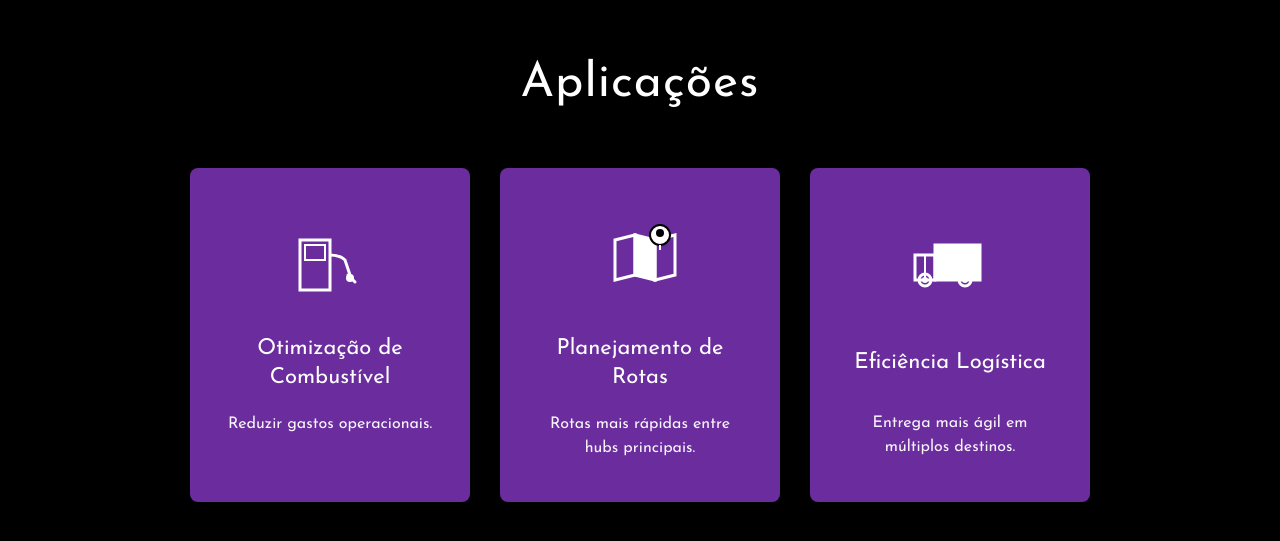
Repository: Everson9/Projeto-de-escalabilidade-quantica-definitivo
Page: Aplicações.html
These files come from the project's save history. The page is drawn as it stood at one moment and after a run of saves; the edit follows.
The browser window is 1280 px wide. The pictures show the whole page.

Above is the page before, as saved 2025-10-03 18:10:31.

### Aplicações.html
<!DOCTYPE html>
<html lang="pt-BR">
<head>
    <meta charset="UTF-8">
    <meta name="viewport" content="width=device-width, initial-scale=1.0">
    <title>Aplicações</title>
    <link rel="stylesheet" href="Aplicações.css">
    <link href="https://fonts.googleapis.com/css2?family=Josefin+Sans:wght@400;700&display=swap" rel="stylesheet">
</head>
<body>


    <!-- Seção de Aplicações -->
    <section class="aplicacoes">
        <h1 class="titulo">Aplicações</h1>

        <div class="cards-container">
            <!-- Card 1: Otimização de Combustível -->
            <div class="card">
                <div class="icon">
                    <svg viewBox="0 0 100 100" xmlns="http://www.w3.org/2000/svg">
                        <!-- Bomba de combustível -->
                        <rect x="20" y="30" width="30" height="50" fill="none" stroke="white" stroke-width="3"/>
                        <rect x="25" y="35" width="20" height="15" fill="none" stroke="white" stroke-width="2"/>
                        <!-- Mangueira -->
                        <path d="M 50 45 Q 60 45 65 50 L 70 65" fill="none" stroke="white" stroke-width="3"/>
                        <circle cx="70" cy="68" r="4" fill="white"/>
                        <!-- Bico -->
                        <path d="M 68 65 L 75 72" stroke="white" stroke-width="3" stroke-linecap="round"/>
                    </svg>
                </div>
                <h2 class="card-titulo">Otimização de Combustível</h2>
                <p class="card-descricao">Reduzir gastos operacionais.</p>
            </div>

            <!-- Card 2: Planejamento de Rotas -->
            <div class="card">
                <div class="icon">
                    <svg viewBox="0 0 100 100" xmlns="http://www.w3.org/2000/svg">
                        <!-- Mapa dobrado -->
                        <path d="M 25 30 L 25 70 L 45 65 L 45 25 Z" fill="none" stroke="white" stroke-width="3" stroke-linejoin="miter"/>
                        <path d="M 45 25 L 45 65 L 65 70 L 65 30 Z" fill="white" stroke="white" stroke-width="3" stroke-linejoin="miter"/>
                        <path d="M 65 30 L 65 70 L 85 65 L 85 25 Z" fill="none" stroke="white" stroke-width="3" stroke-linejoin="miter"/>
                        <!-- Pin de localização -->
                        <circle cx="70" cy="25" r="10" fill="white" stroke="black" stroke-width="2"/>
                        <circle cx="70" cy="23" r="4" fill="black"/>
                        <path d="M 70 35 L 70 40" stroke="white" stroke-width="2" fill="white"/>
                    </svg>
                </div>
                <h2 class="card-titulo">Planejamento de Rotas</h2>
                <p class="card-descricao">Rotas mais rápidas entre hubs principais.</p>
            </div>

            <!-- Card 3: Eficiência Logística -->
            <div class="card">
                <div class="icon">
                    <svg viewBox="0 0 100 100" xmlns="http://www.w3.org/2000/svg">
                        <!-- Caminhão -->
                        <!-- Cabine -->
                        <rect x="15" y="45" width="20" height="25" fill="none" stroke="white" stroke-width="3"/>
                        <line x1="25" y1="45" x2="25" y2="70" stroke="white" stroke-width="2"/>
                        <!-- Carroceria -->
                        <rect x="35" y="35" width="45" height="35" fill="white" stroke="white" stroke-width="3"/>
                        <!-- Rodas -->
                        <circle cx="25" cy="70" r="6" fill="none" stroke="white" stroke-width="3"/>
                        <circle cx="25" cy="70" r="3" fill="white"/>
                        <circle cx="65" cy="70" r="6" fill="none" stroke="white" stroke-width="3"/>
                        <circle cx="65" cy="70" r="3" fill="white"/>
                    </svg>
                </div>
                <h2 class="card-titulo">Eficiência Logística</h2>
                <p class="card-descricao">Entrega mais ágil em múltiplos destinos.</p>
            </div>
        </div>
    </section>

</body>
</html>

### Aplicações.css
* {
    margin: 0;
    padding: 0;
    box-sizing: border-box;
}

body {
    background-color: #000000;
    font-family: 'Josefin Sans', sans-serif;
    color: white;
    padding: 60px 20px;
}


.header {
    display: flex;
    justify-content: space-between;
    align-items: center;
    padding: 20px 40px;
    background: rgba(0, 0, 0, 0.034);
    width: 100%;
    position: absolute;
    top: 0;
    left: 0;
    z-index: 1001; /* Garante que o header fique acima do botão de voltar */
}

.logo-animado {
    position: relative;
    display: inline-flex;
    align-items: center;
    text-decoration: none;
    color: white;
    transition: all 0.4s ease-out;
}
.logo-animado .logo-icone {
    height: 40px;
    width: auto;
    transition: transform 0.4s ease-out;
}
.logo-animado .logo-texto {
    font-size: 27px;
    opacity: 0;
    white-space: nowrap;
    transform: translateY(15px);
    transition: opacity 0.3s ease-out, transform 0.4s ease-out;
}
.logo-animado:hover .logo-icone {
    transform: translateX(100px) translateY(-19px) scale(0.5);
}
.logo-animado:hover .logo-texto {
    opacity: 1;
    transform: translateY(0);
    margin-left: 5px;
}


.aplicacoes {
    max-width: 1200px;
    margin: 0 auto;
}

.titulo {
    text-align: center;
    font-size: 48px;
    font-weight: 300;
    margin-bottom: 60px;
    letter-spacing: 1px;
}

.cards-container {
    display: flex;
    justify-content: center;
    align-items: stretch;
    gap: 30px;
    flex-wrap: wrap;
}

.card {
    background-color: #6b2d9e;
    width: 280px;
    padding: 40px 30px;
    border-radius: 8px;
    display: flex;
    flex-direction: column;
    align-items: center;
    text-align: center;
    cursor: pointer;
    transition: all 0.4s ease;
    border: 2px solid transparent;
}

.card:hover {
    background-color: transparent;
    border: 2px solid #6b2d9e;
}

.icon {
    width: 100px;
    height: 100px;
    margin-bottom: 25px;
}

.icon svg {
    width: 100%;
    height: 100%;
}

.card-titulo {
    font-size: 22px;
    font-weight: 400;
    margin-bottom: 20px;
    line-height: 1.3;
    min-height: 56px;
    display: flex;
    align-items: center;
    justify-content: center;
}

.card-descricao {
    font-size: 16px;
    font-weight: 300;
    line-height: 1.5;
    opacity: 0.95;
}

/* Responsividade */
@media (max-width: 768px) {
    .cards-container {
        flex-direction: column;
        align-items: center;
    }

    .card {
        width: 100%;
        max-width: 350px;
    }

    .titulo {
        font-size: 36px;
    }
}

After the next 2 saves:
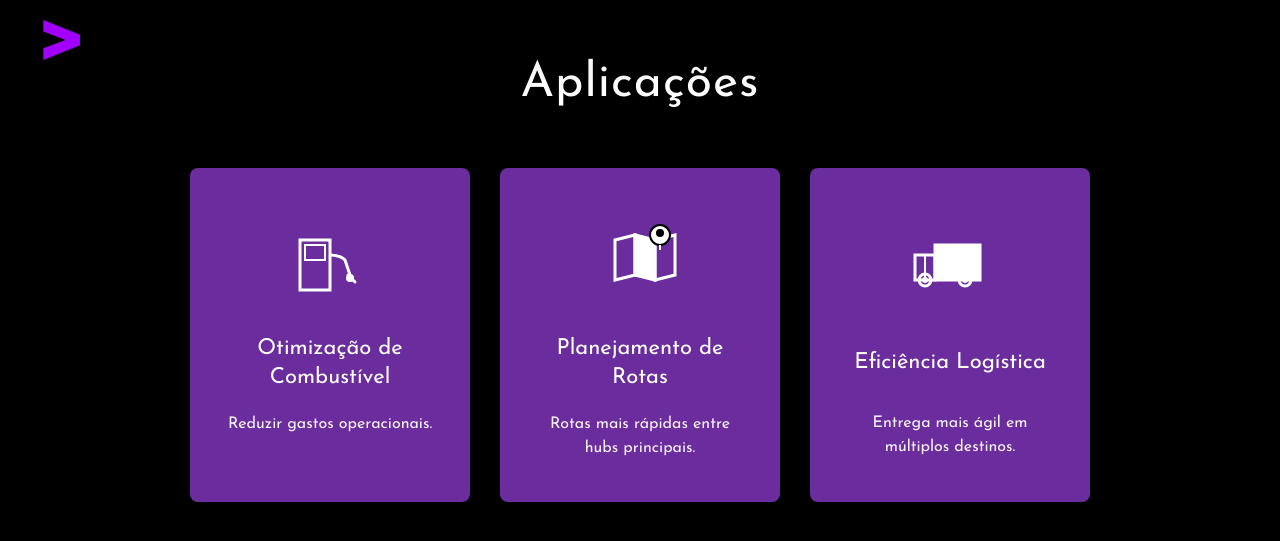
The 2 saves are shown as one change because they came seconds apart.
The last was saved 18 s later.
--- a/Aplicações.html
+++ b/Aplicações.html
@@ -13,6 +13,14 @@
     <!-- Seção de Aplicações -->
     <section class="aplicacoes">
         <h1 class="titulo">Aplicações</h1>
+
+         <!-- Botão Voltar -->
+    <header class="header">
+            <a href="telainicial.html" class="logo-animado">
+                <img src="imagens/Property 1=Default.svg" alt="Logo da Accenture" class="logo-icone">
+                <span class="logo-texto">accenture</span>
+            </a>
+    </header>
 
         <div class="cards-container">
             <!-- Card 1: Otimização de Combustível -->
